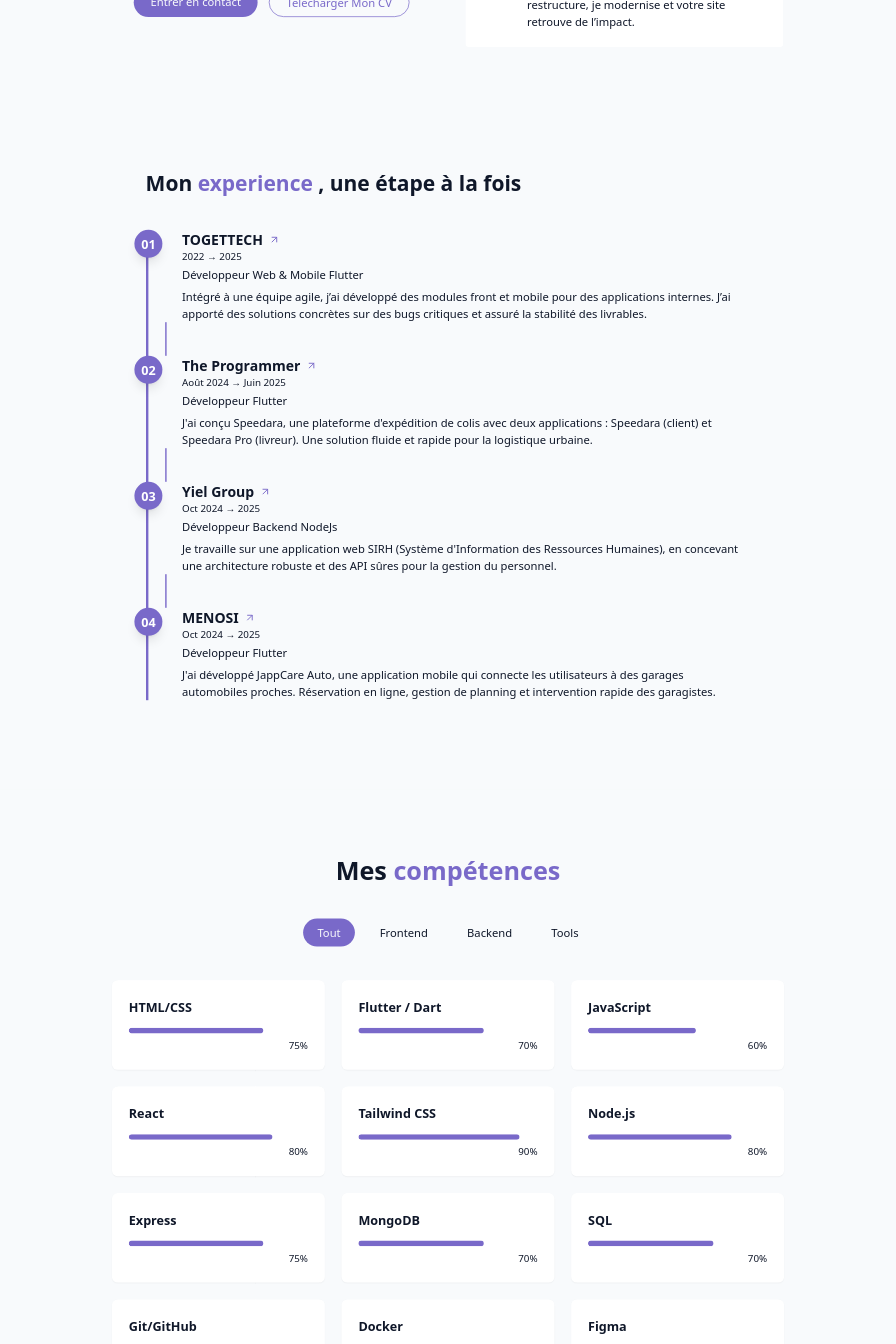
Repository: KOMI18/komi-folio
Page: /
An editor plug-in stored every save of this project. The page is shown before and after the next save, followed by the edit.
The browser window is 1280 px wide. The pictures show the part of the page from y = 1406 to 3326 px (the page is 5657 px tall before and 5713 px after), at 70% of full size.
The project was rebuilt for these pictures with package versions that can differ from the ones it lists, and the page was loaded fresh each time. Also part of the build but not shown: vite.config.js, src/pages/NotFound.jsx.

Above is the page before, as saved 2025-06-27 19:36:13.

After the next save:
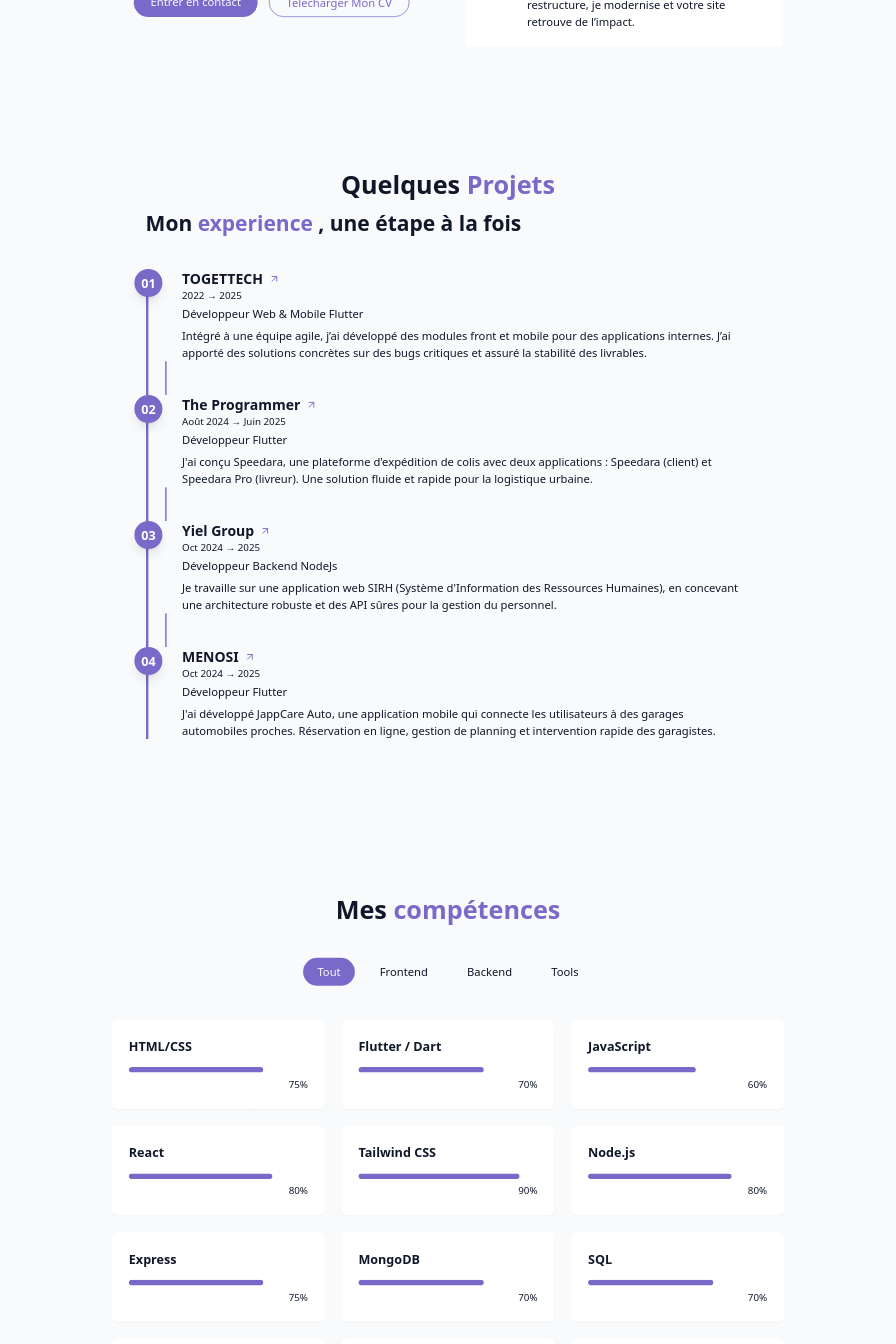
Saved 26 s later.
--- a/src/components/ExperianceSection.jsx
+++ b/src/components/ExperianceSection.jsx
@@ -42,6 +42,11 @@ export const ExperienceSection = () => {
     return (
         <section id="experience" className="py-20 bg-background">
         <div className="container max-w-4xl mx-auto px-4">
+        <h2 className="text-3xl md:text-4xl font-bold mb-4 text-center">
+          {" "}
+          Quelques <span className="text-primary">Projets</span>
+        </h2>
+
           <h2 className="text-3xl font-bold mb-12 text-left">
             Mon <span className="text-primary">experience</span> , une étape à la fois
           </h2>
